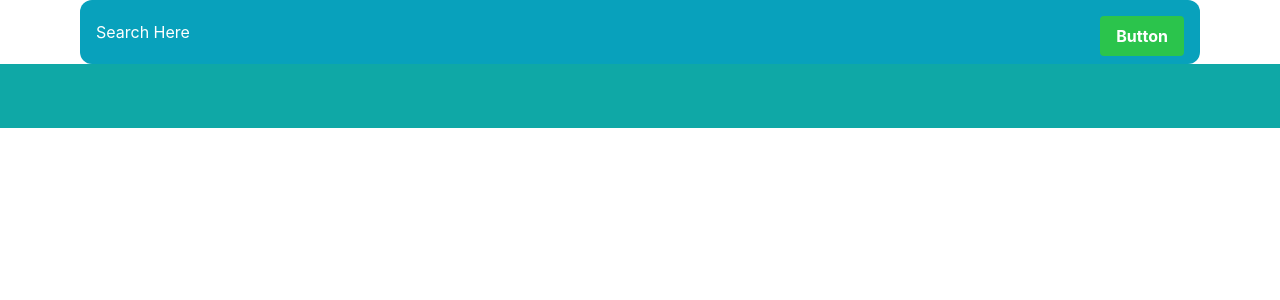
Repository: arafatmollah/pharma
Page: /
These files come from the project's save history. The page is drawn as it stood at one moment and after the next save; the edit follows.
The browser window is 1280 px wide. The pictures show the whole page.
The project was rebuilt for these pictures with package versions that can differ from the ones it lists, and the page was loaded fresh each time.

Above is the page before, as saved 2023-03-12 01:12:36.

### src/App.js

import './App.css';
import Nav from './Nav';

function App() {
  return (
    <div className="App">
      <Nav></Nav>
    </div>
  );
}

export default App;

### src/App.css
.box-border{
    background-color: #08A1BC;
}
.btn {
    @apply font-bold py-2 px-4 rounded;
    background-color: #2BC44C;
    color: white;
  }
  .btn-blue {
    @apply bg-blue-500 text-white;
  }
  .btn-blue:hover {
    @apply bg-blue-700;
  }
.nav{
    background-color: #0FA8A6;
}

### src/Nav.js
import React from 'react'
import './App.css';

function Nav() {
  return (
    <div>
        <div className='box-border h-16 w-100 p-4 mx-20 rounded-xl'>
          <div className='flex justify-between align-middle'>
                <p className='text-white mt-1'>Search Here</p>
                <button class="btn mb-1"> Button</button>
          </div>
        </div>
        <div className='box-border h-16 w-100 nav'>

        </div>
    </div>
  )
}

export default Nav

Loaded but not shown: public/index.html (common file); src/index.js (common file); src/index.css (common file); src/reportWebVitals.js (common file); tailwind.config.js (common file)

After the next save:
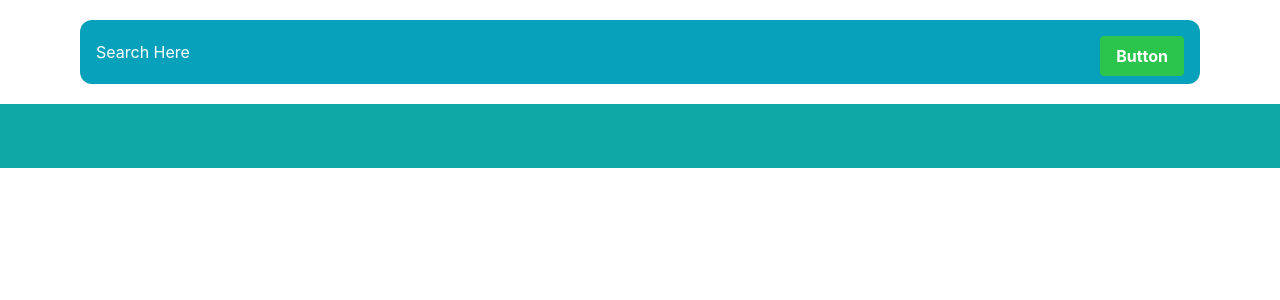
Saved 11 s later.
--- a/src/Nav.js
+++ b/src/Nav.js
@@ -4,7 +4,7 @@ import './App.css';
 function Nav() {
   return (
     <div>
-        <div className='box-border h-16 w-100 p-4 mx-20 rounded-xl'>
+        <div className='box-border h-16 w-100 p-4 mx-20 my-5 rounded-xl'>
           <div className='flex justify-between align-middle'>
                 <p className='text-white mt-1'>Search Here</p>
                 <button class="btn mb-1"> Button</button>
